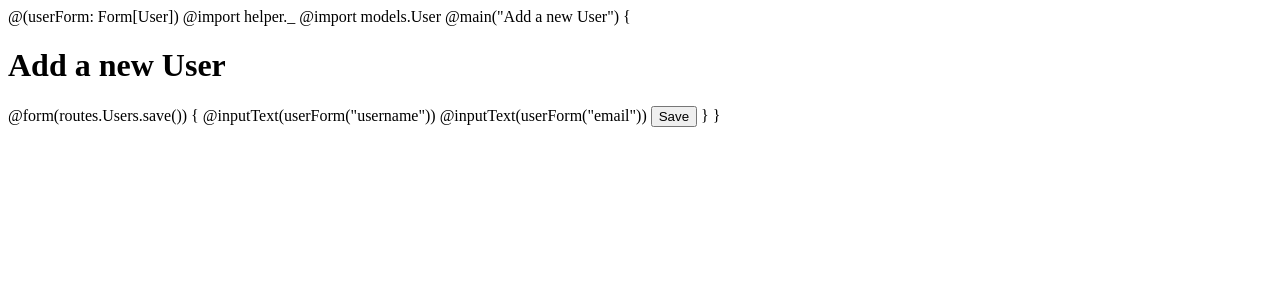
Repository: mlvhub/Learning
Page: Scala/Play!/UserAdmin/.target/views/users/add.scala.html
The author's editor kept a copy of each file at every save. The page is drawn from the files as they stood at one save, then again after the next save.
The browser window is 1280 px wide. The pictures show the whole page.

Above is the page before, as saved 2013-12-31 08:05:38.

### Scala/Play!/UserAdmin/.target/views/users/add.scala.html
@(userForm: Form[User])

@import helper._
@import models.User

@main("Add a new User") {
  <h1>Add a new User</h1>
  @form(routes.Users.save()) {
      @inputText(userForm("username"))
      @inputText(userForm("email"))
      <button type="submit">Save</button>
  }
}

After the next save:
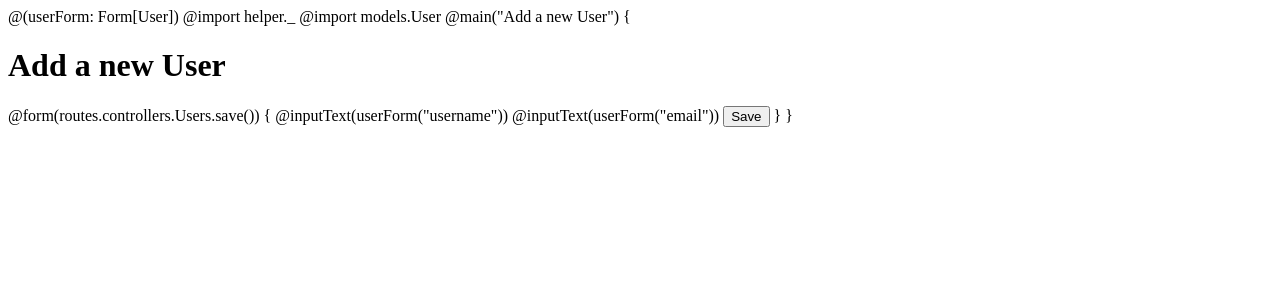
Saved 97 s later.
--- a/Scala/Play!/UserAdmin/.target/views/users/add.scala.html
+++ b/Scala/Play!/UserAdmin/.target/views/users/add.scala.html
@@ -5,7 +5,7 @@
 
 @main("Add a new User") {
   <h1>Add a new User</h1>
-  @form(routes.Users.save()) {
+  @form(routes.controllers.Users.save()) {
       @inputText(userForm("username"))
       @inputText(userForm("email"))
       <button type="submit">Save</button>

After the save that followed:
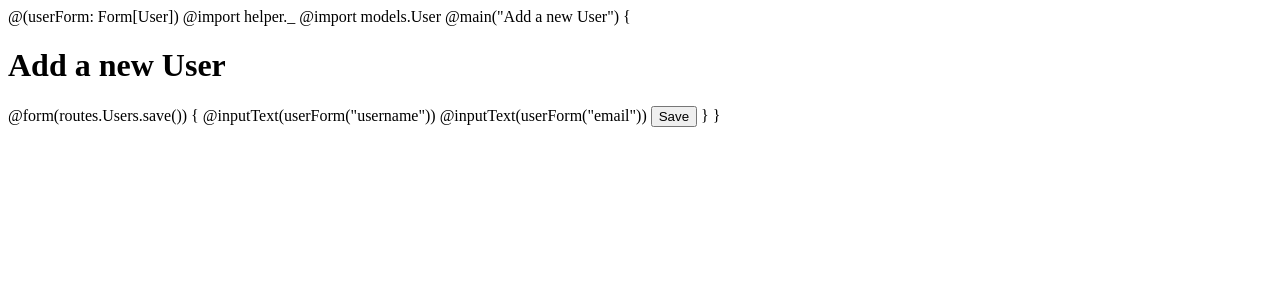
Saved 6 s later.
--- a/Scala/Play!/UserAdmin/.target/views/users/add.scala.html
+++ b/Scala/Play!/UserAdmin/.target/views/users/add.scala.html
@@ -5,7 +5,7 @@
 
 @main("Add a new User") {
   <h1>Add a new User</h1>
-  @form(routes.controllers.Users.save()) {
+  @form(routes.Users.save()) {
       @inputText(userForm("username"))
       @inputText(userForm("email"))
       <button type="submit">Save</button>
